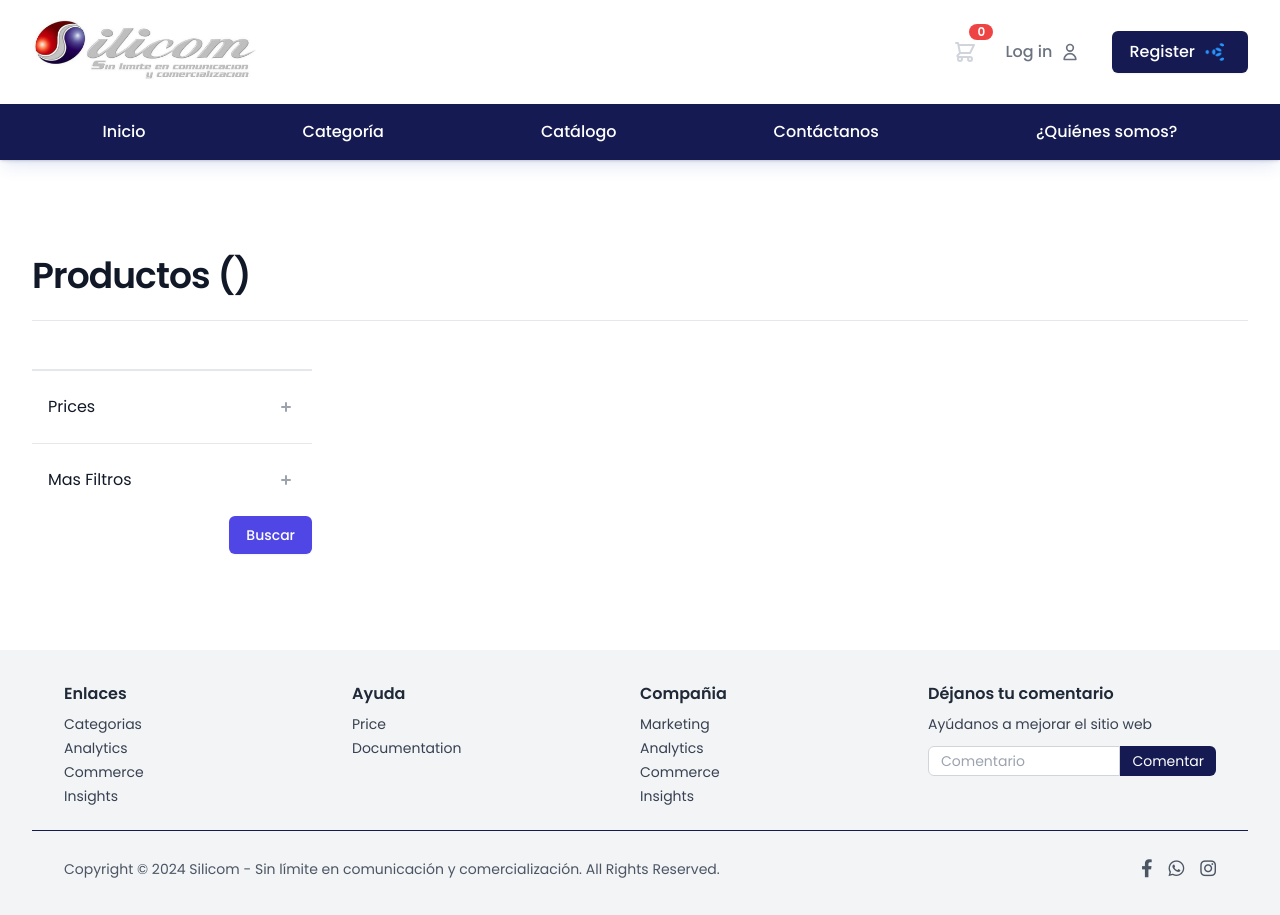
Repository: Francovg18/ecommerce
Page: /search
These files come from the project's save history. The page is drawn as it stood at one moment and after the next save; the edit follows.
The browser window is 1280 px wide. The pictures show the whole page.
The page's requests for data from a server got no answer. The project was rebuilt for these pictures with package versions that can differ from the ones it lists, and the page was loaded fresh each time. No one was signed in, and anything a server would have sent is missing. Also part of the build but not shown: src/redux/actions/cart.js, src/redux/actions/profile.js, src/componentes/navegacion/SearchBox.js, src/hocs/Layout.js, src/componentes/home/Banner.js, src/componentes/home/ProductsArrival.js, src/componentes/home/ProductsSold.js, src/contenedores/Home.jsx and 33 more.

Above is the page before, as saved 2025-01-17 23:57:06.

After the next save:
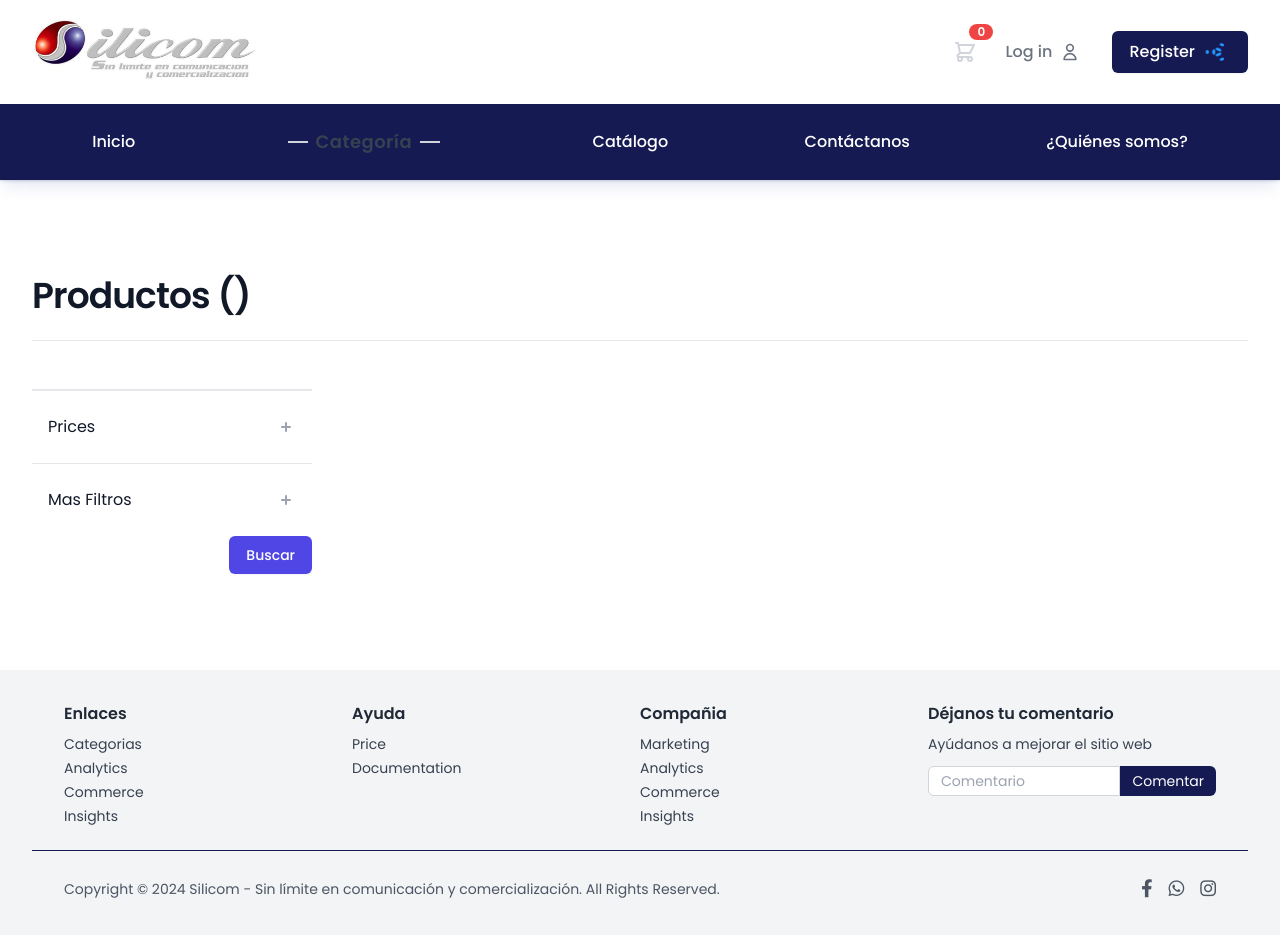
Saved 2 min 10 s later.
--- a/src/componentes/navegacion/Navbar.js
+++ b/src/componentes/navegacion/Navbar.js
@@ -211,11 +211,25 @@
           </NavLink>
 
           <NavLink
-            to="/"
-            className="text-base font-medium hover:text-gray-300 transition-colors duration-300"
-          >
-            Categoría
-          </NavLink>
+  to="/"
+  className={({ isActive }) =>
+    `relative px-4 py-2 text-lg font-semibold tracking-wide text-gray-700
+     rounded-lg transition-all duration-300 ease-in-out group
+     ${isActive ? "text-blue-500" : "hover:text-blue-500"}`
+  }
+>
+  <span
+    className="absolute inset-x-0 bottom-0 h-1 bg-gradient-to-r from-blue-400 to-blue-600
+      scale-x-0 transition-transform duration-300 ease-in-out group-hover:scale-x-100
+      group-hover:opacity-100"
+  ></span>
+  <span className="relative z-10 flex items-center space-x-2">
+    <span className="h-0.5 w-5 bg-gray-300 group-hover:bg-blue-400"></span>
+    <span>Categoría</span>
+    <span className="h-0.5 w-5 bg-gray-300 group-hover:bg-blue-400"></span>
+  </span>
+</NavLink>
+
 
           <NavLink
             to="/shop"

After the 2 saves that followed:
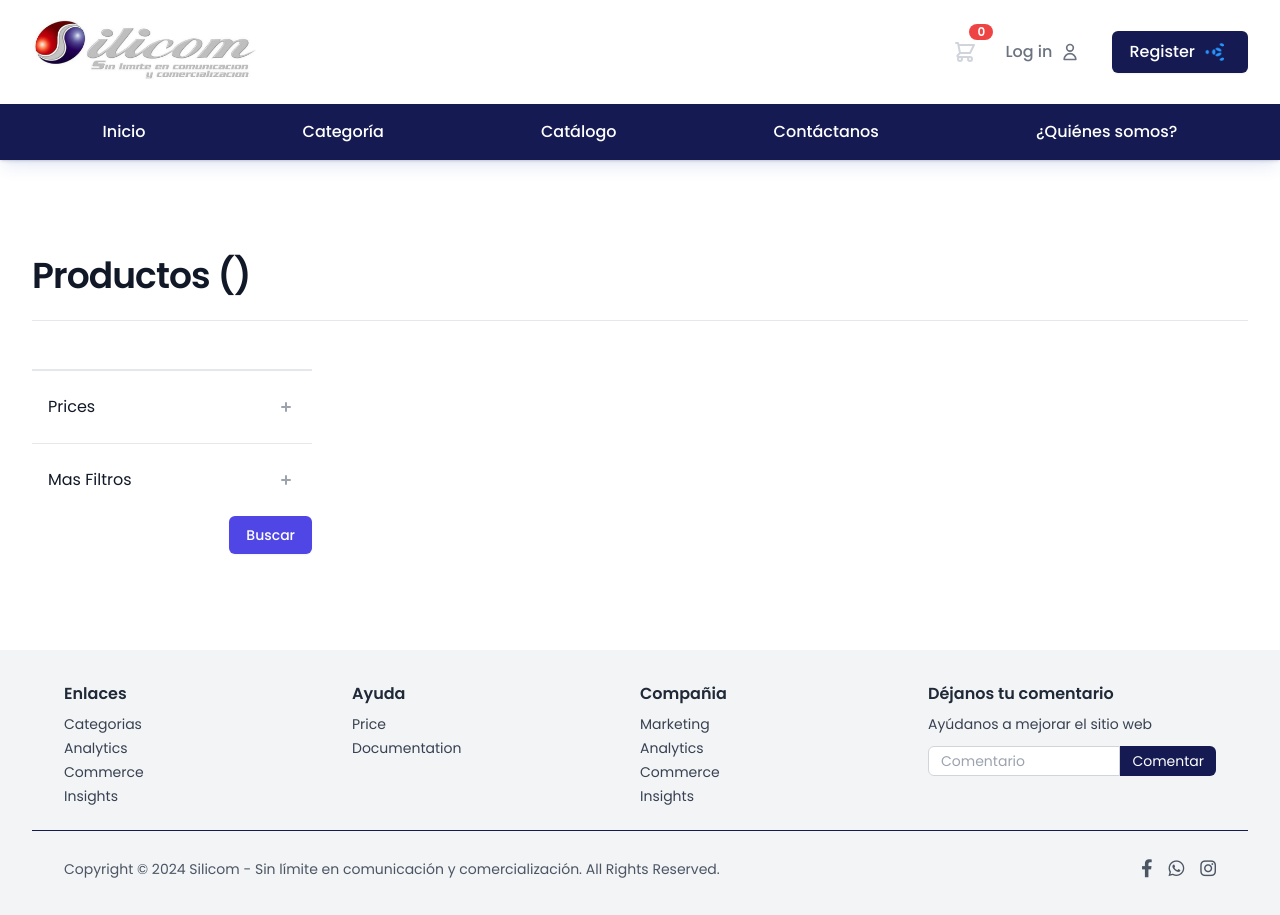
The 2 saves are shown as one change because 1 left the picture as it was.
The last was saved 3 min 15 s later.
--- a/src/componentes/navegacion/Navbar.js
+++ b/src/componentes/navegacion/Navbar.js
@@ -201,57 +201,79 @@
       </div>
     </div>
 
-        </div>
-        <div className="hidden md:flex bg-midnight-blue text-white py-4 px-6 justify-around items-center shadow-lg shadow-blue-800/10">
-          <NavLink
-            to="/"
-            className="text-base font-medium hover:text-gray-300 transition-colors duration-300"
-          >
-            Inicio
-          </NavLink>
-
-          <NavLink
-  to="/"
-  className={({ isActive }) =>
-    `relative px-4 py-2 text-lg font-semibold tracking-wide text-gray-700
-     rounded-lg transition-all duration-300 ease-in-out group
-     ${isActive ? "text-blue-500" : "hover:text-blue-500"}`
-  }
->
-  <span
-    className="absolute inset-x-0 bottom-0 h-1 bg-gradient-to-r from-blue-400 to-blue-600
-      scale-x-0 transition-transform duration-300 ease-in-out group-hover:scale-x-100
-      group-hover:opacity-100"
-  ></span>
-  <span className="relative z-10 flex items-center space-x-2">
-    <span className="h-0.5 w-5 bg-gray-300 group-hover:bg-blue-400"></span>
-    <span>Categoría</span>
-    <span className="h-0.5 w-5 bg-gray-300 group-hover:bg-blue-400"></span>
-  </span>
-</NavLink>
-
-
-          <NavLink
-            to="/shop"
-            className="text-base font-medium hover:text-gray-300 transition-colors duration-300"
-          >
-            Catálogo
-          </NavLink>
-
-          <NavLink
-            to="/contactus"
-            className="text-base font-medium hover:text-gray-300 transition-colors duration-300"
-          >
-            Contáctanos
-          </NavLink>
-
-          <NavLink
-            to="/"
-            className="text-base font-medium hover:text-gray-300 transition-colors duration-300"
-          >
-            ¿Quiénes somos?
-          </NavLink>
-        </div>
+      </div>
+      <div className="hidden md:flex bg-[#151b52] text-white py-4 px-6 justify-around items-center shadow-lg shadow-blue-800/10">
+  <NavLink
+    to="/"
+    className={({ isActive }) =>
+      `relative text-base font-medium transition-all duration-300 ease-in-out
+       ${isActive ? "text-blue-400" : "hover:text-blue-400"}`
+    }
+  >
+    <span
+      className="absolute inset-x-0 bottom-0 h-0.5 bg-blue-400
+        scale-x-0 transition-transform duration-300 group-hover:scale-x-100"
+    ></span>
+    Inicio
+  </NavLink>
+
+  <NavLink
+    to="/"
+    className={({ isActive }) =>
+      `relative text-base font-medium transition-all duration-300 ease-in-out
+       ${isActive ? "text-blue-400" : "hover:text-blue-400"}`
+    }
+  >
+    <span
+      className="absolute inset-x-0 bottom-0 h-0.5 bg-blue-400
+        scale-x-0 transition-transform duration-300 group-hover:scale-x-100"
+    ></span>
+    Categoría
+  </NavLink>
+
+  <NavLink
+    to="/shop"
+    className={({ isActive }) =>
+      `relative text-base font-medium transition-all duration-300 ease-in-out
+       ${isActive ? "text-blue-400" : "hover:text-blue-400"}`
+    }
+  >
+    <span
+      className="absolute inset-x-0 bottom-0 h-0.5 bg-blue-400
+        scale-x-0 transition-transform duration-300 group-hover:scale-x-100"
+    ></span>
+    Catálogo
+  </NavLink>
+
+  <NavLink
+    to="/contactus"
+    className={({ isActive }) =>
+      `relative text-base font-medium transition-all duration-300 ease-in-out
+       ${isActive ? "text-blue-400" : "hover:text-blue-400"}`
+    }
+  >
+    <span
+      className="absolute inset-x-0 bottom-0 h-0.5 bg-blue-400
+        scale-x-0 transition-transform duration-300 group-hover:scale-x-100"
+    ></span>
+    Contáctanos
+  </NavLink>
+
+  <NavLink
+    to="/"
+    className={({ isActive }) =>
+      `relative text-base font-medium transition-all duration-300 ease-in-out
+       ${isActive ? "text-blue-400" : "hover:text-blue-400"}`
+    }
+  >
+    <span
+      className="absolute inset-x-0 bottom-0 h-0.5 bg-blue-400
+        scale-x-0 transition-transform duration-300 group-hover:scale-x-100"
+    ></span>
+    ¿Quiénes somos?
+  </NavLink>
+</div>
+
       </div>
 
       <Transition
